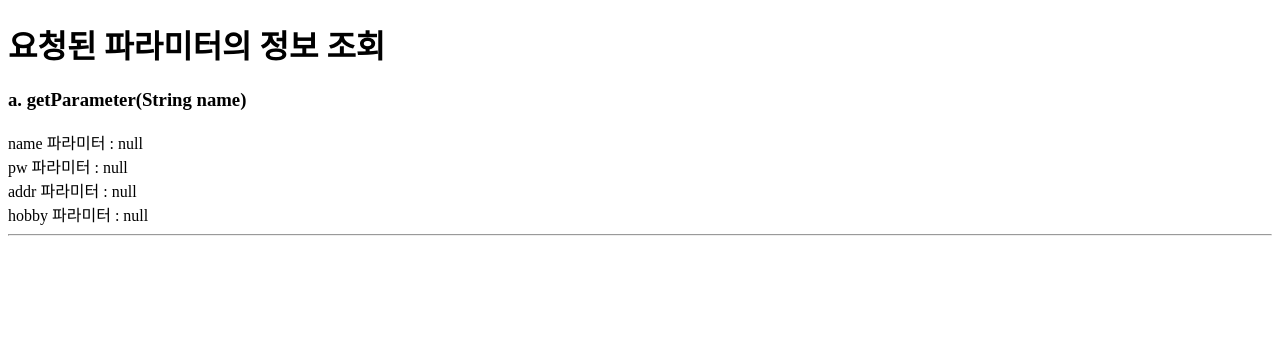
Repository: HongMW/study
Page: http://localhost/jsp01_basic/jsp02_elements/jsp09_parameters_view.jsp
An editor plug-in stored every save of this project. The page is shown before and after the next save, followed by the edit.
The browser window is 1280 px wide. The pictures show the whole page.
The page is served by Tomcat 9.

Above is the page before, as saved 2022-12-12 02:58:25.

After the next save:
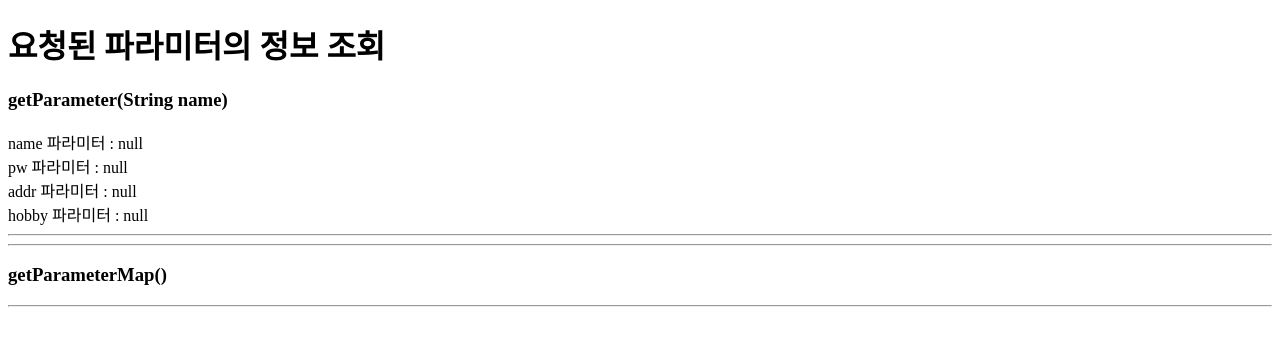
Saved 11 min 14 s later.
--- a/04.jsp/jsp01_basic/WebContent/jsp02_elements/jsp09_parameters_view.jsp
+++ b/04.jsp/jsp01_basic/WebContent/jsp02_elements/jsp09_parameters_view.jsp
@@ -1,3 +1,4 @@
+<%@page import="java.util.Map"%>
 <%@page language="java" contentType="text/html; charset=UTF-8" pageEncoding="UTF-8"%>
 <%
 	request.setCharacterEncoding("utf-8");
@@ -21,7 +22,7 @@
 </head>
 <body>
 	<h1>요청된 파라미터의 정보 조회</h1>
-	<h3>a. getParameter(String name)</h3>
+	<h3>getParameter(String name)</h3>
 	name 파라미터 : <%= request.getParameter("name") %><br>
 	pw   파라미터 : <%= request.getParameter("pw") %><br>
 	addr  파라미터 : <%= request.getParameter("addr") %><br>
@@ -37,5 +38,33 @@
 			}
 		}
 	%>
+	<hr />
+
+	<h3>getParameterMap()</h3>
+
+	<%
+		Map<String, String[]> map = request.getParameterMap();
+		String[] values = map.get("name");
+		if(values != null) {
+			for(int i=0;i<values.length;i++) {
+	%>
+				요청파라미터(name)의 값 = <%= values[i] %><br>
+	<%
+			}
+		}
+	%>
+	<hr />
+
+	<%
+		map = request.getParameterMap();
+		values = map.get("name");
+		if(values != null) {
+			for(int i=0;i<values.length;i++) {
+	%>
+				요청파라미터(name)의 값 = <%= values[i] %><br>
+	<%
+			}
+		}
+	%>
 </body>
 </html>
